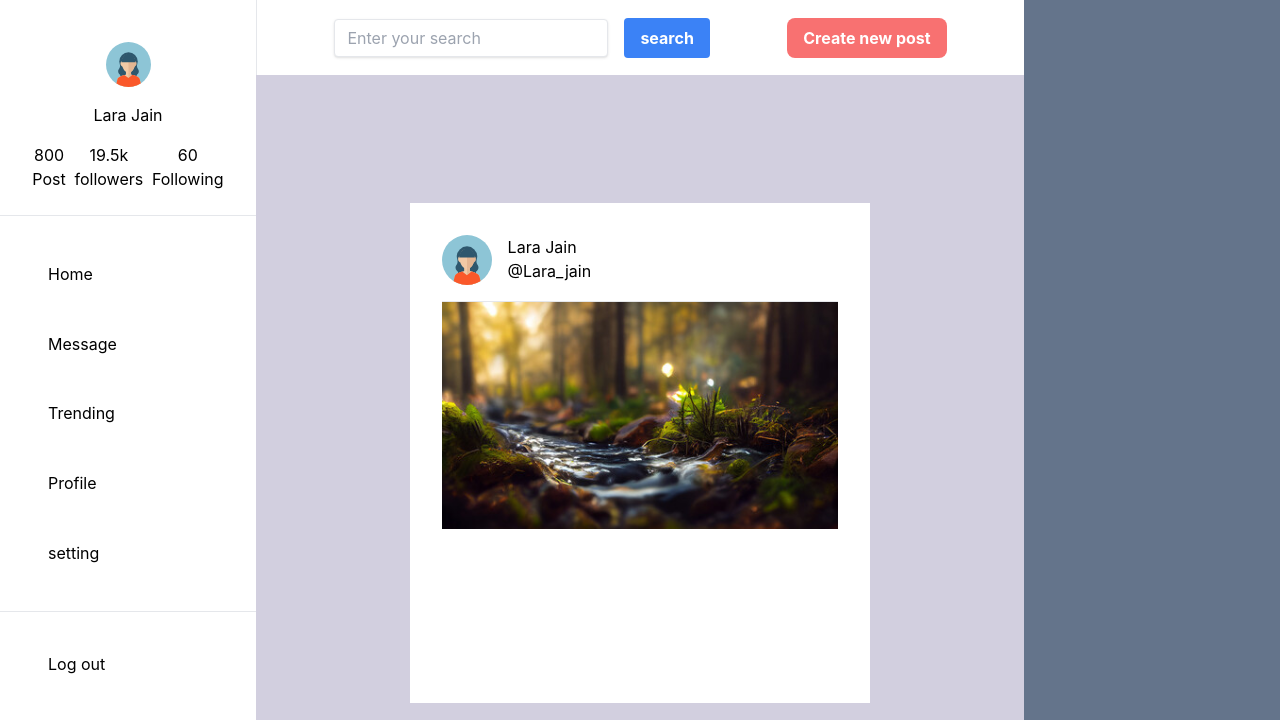
Repository: cosmicswati/upgrad-captions-project
Page: /
The author's editor kept a copy of each file at every save. The page is drawn from the files as they stood at one save, then again after the next save.
The browser window is 1280 px wide. The pictures show the whole page.
The project was rebuilt for these pictures with package versions that can differ from the ones it lists, and the page was loaded fresh each time. Also part of the build but not shown: src/modules/Authorization/Form.jsx, src/modules/Authorization/index.js.

Above is the page before, as saved 2024-04-09 15:42:12.

After the next save:
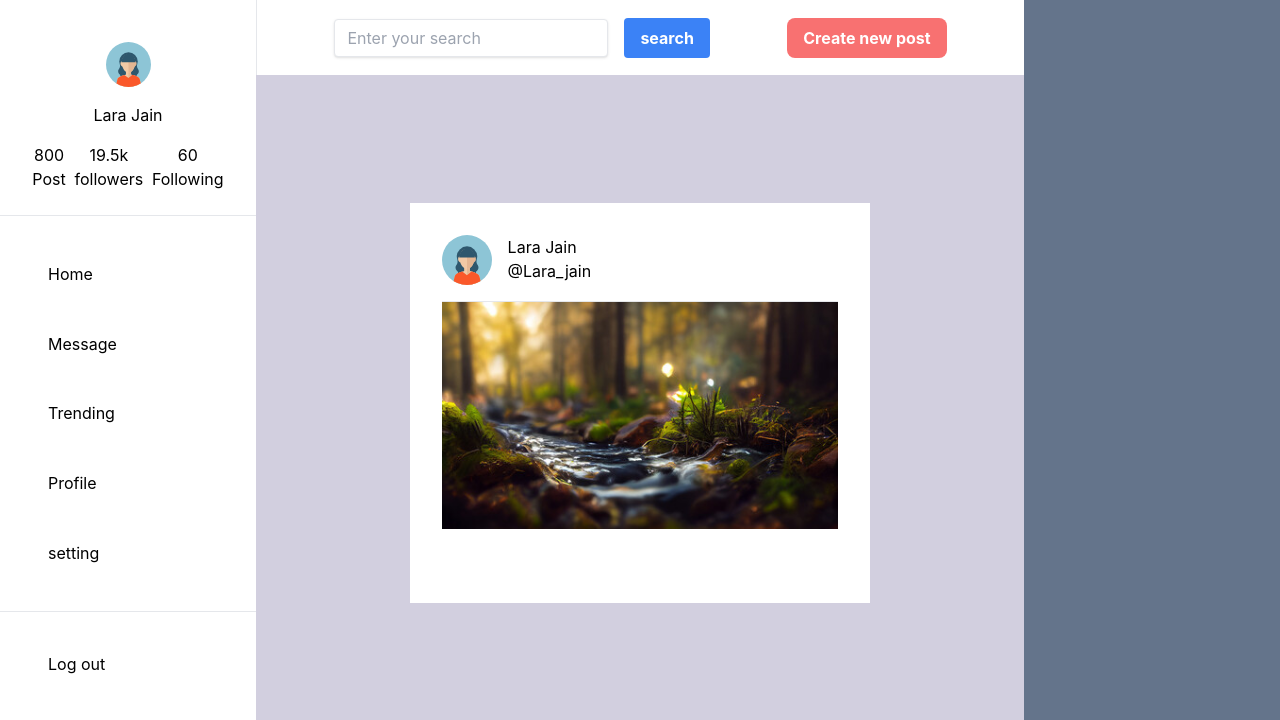
Saved 14 s later.
--- a/src/modules/Home/index.js
+++ b/src/modules/Home/index.js
@@ -47,7 +47,7 @@ const Home = () => {
                  </div>
                  <Button label='Create new post'  className='rounded-lg bg-red-400 hover:bg-red-500 mb-4'/>
             </div>
-            <div className='bg-white w-[60%] h-[500px] mx-auto mt-32 p-8'>
+            <div className='bg-white w-[60%] h-[400px] mx-auto mt-32 p-8'>
                 <div className='border-b flex item-center pb-4'>
                     <Avatar width={'50px'} height={'50px'} />
                    <div className='ml-4'>
